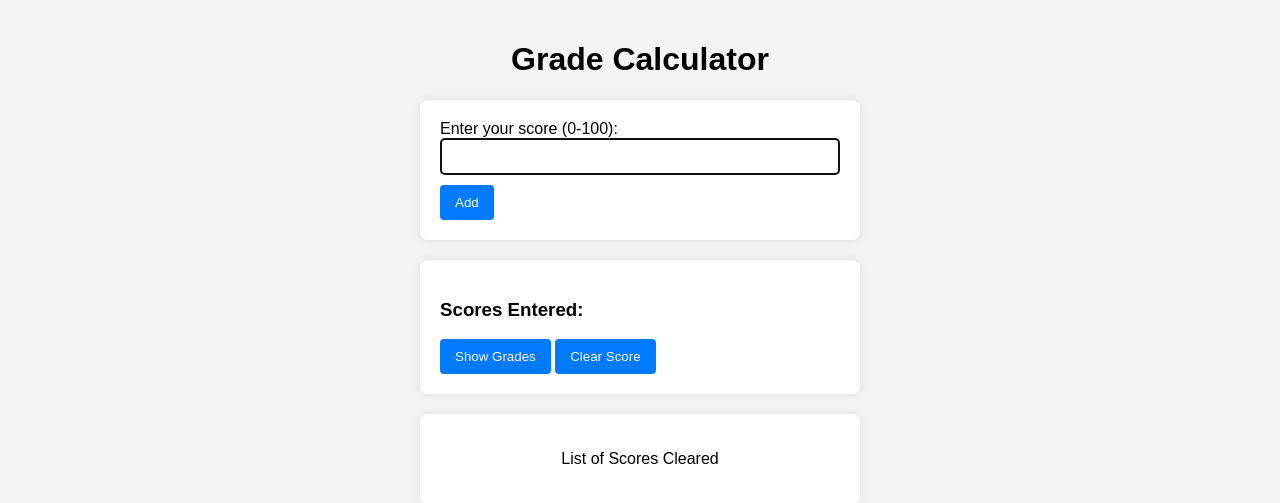
Repository: Rahim-Ullah/hexoforge-bootcamp
Page: phase-2-js-basic/grade-calculator.html
These files come from the project's save history. The page is drawn as it stood at one moment and after the next save; the edit follows.
The browser window is 1280 px wide. The pictures show the whole page.
Empty fields were first filled with sample values (such as "Sample", 5 or name@example.com).
After loading, the first visible `#clearScoreBtn` was clicked once.

Above is the page before, as saved 2025-09-06 13:52:38.

### phase-2-js-basic/grade-calculator.html
<!DOCTYPE html>
<html lang="en">

<head>
    <meta charset="UTF-8">
    <meta name="viewport" content="width=device-width, initial-scale=1.0">
    <title>Grade Calculator</title>
    <style>
        body {
            font-family: Arial, sans-serif;
            background-color: #f4f4f4;
            margin: 0;
            padding: 20px;
        }

        h1 {
            text-align: center;
        }

        form {
            max-width: 400px;
            margin: 0 auto 20px auto;
            padding: 20px;
            background: white;
            border-radius: 8px;
            box-shadow: 0 0 10px rgba(0, 0, 0, 0.1);
        }

        input[type="number"] {
            width: calc(100% - 22px);
            padding: 10px;
            margin-bottom: 10px;
            border: 1px solid #ccc;
            border-radius: 4px;
        }

        button {
            padding: 10px 15px;
            background-color: #007bff;
            color: white;
            border: none;
            border-radius: 4px;
            cursor: pointer;
        }

        button:hover {
            background-color: #0056b3;
        }

        #result {
            max-width: 400px;
            margin: 20px auto;
            padding: 20px;
            background: white;
            border-radius: 8px;
            box-shadow: 0 0 10px rgba(0, 0, 0, 0.1);
            text-align: center;
        }

        .component {
            max-width: 400px;
            margin: 20px auto;
            padding: 20px;
            background: white;
            border-radius: 8px;
            box-shadow: 0 0 10px rgba(0, 0, 0, 0.1);
        }

        input[type="number"]::-webkit-inner-spin-button,
        input[type="number"]::-webkit-outer-spin-button {
            -webkit-appearance: none;
            margin: 0;
        }

        /* MOzilla edition */
        /* input[type="number"] {
            -moz-appearance: textfield;
        } */
    </style>
</head>

<body>
    <h1>Grade Calculator</h1>
    <form id="scoreForm" onsubmit="return false;">
        <label for="score">Enter your score (0-100):</label>
        <input type="number" id="score" name="score" min="0" max="100" required>
        <button type="button" id="addScoreBtn">Add</button>
    </form>
    <div class="component">
        <h3>Scores Entered:</h3>
        <ul id="scoreList"></ul>
        <button id="showGradesBtn">Show Grades</button>
        <button id="clearScoreBtn">Clear Score</button>
    </div>
    <p id="result"></p>

    <script>
        const scores = [];
        const scoreInput = document.getElementById('score');
        const scoreList = document.getElementById('scoreList');
        const result = document.getElementById('result');
        const addScoreBtn = document.getElementById('addScoreBtn');
        const showGradesBtn = document.getElementById('showGradesBtn');
        const clearScoreBtn = document.getElementById('clearScoreBtn');

        function updateScoreList() {
            scoreList.innerHTML = '';
            scores.forEach((score, idx) => {
                const li = document.createElement('li');
                li.textContent = `Score ${idx + 1}: ${score}`;
                scoreList.appendChild(li);
            });
        }

        addScoreBtn.addEventListener('click', function () {
            const val = parseFloat(scoreInput.value);
            if (isNaN(val) || val < 0 || val > 100) {
                result.textContent = 'Please enter a valid score between 0 and 100.';
                result.style.color = 'red';
                return;
            }
            scores.push(val);
            updateScoreList();
            result.textContent = '';
            scoreInput.value = '';
            scoreInput.focus();
        });

        showGradesBtn.addEventListener('click', function () {
            if (scores.length === 0) {
                result.textContent = 'Please add at least one score.';
                result.style.color = 'red';
                return;
            }
            const avg = (scores.reduce((a, b) => a + b, 0) / scores.length).toFixed(2);
            const max = Math.max(...scores);
            const min = Math.min(...scores);

            // Determine grade and message based on average
            let grade, message, color;
            if (avg >= 90) {
                grade = 'A';
                message = 'Excellent work!';
                color = 'green';
            } else if (avg >= 80) {
                grade = 'B';
                message = 'Good job!';
                color = 'blue';
            } else if (avg >= 70) {
                grade = 'C';
                message = 'You passed.';
                color = 'orange';
            } else if (avg >= 60) {
                grade = 'D';
                message = 'You need to improve.';
                color = 'purple';
            } else {
                grade = 'F';
                message = 'You failed. Better luck next time!';
                color = 'red';
            }

            result.innerHTML = `
                <strong>Average Score:</strong> ${avg}<br>
                <strong>Highest Score:</strong> ${max}<br>
                <strong>Lowest Score:</strong> ${min}<br>
                <strong>Grade:</strong> ${grade}<br>
                <span>${message}</span>
            `;
            result.style.color = color;
        });

        //clear score button functionality
        clearScoreBtn.addEventListener('click', function () {
            scores.length = 0; // Clear the scores array
            // updateScoreList(); // Update the displayed score list
            result.innerHTML = '<p>List of Scores Cleared</p>'; // Clear the result message
            result.innerHTML = '<p>List of Scores Cleared</p>'; // Clear the result message
            scoreInput.value = ''; // Clear the input field
            scoreInput.focus(); // Focus back on the input field
        });
    </script>
</body>

</html>

After the next save:
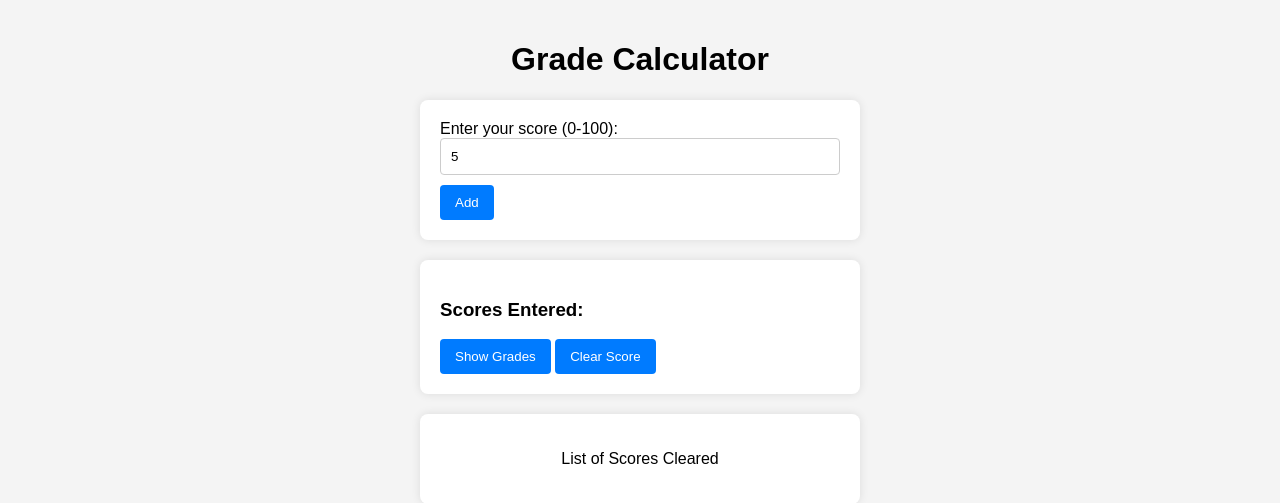
Console error: ReferenceError: acro is not defined
Saved 4 s later.
--- a/phase-2-js-basic/grade-calculator.html
+++ b/phase-2-js-basic/grade-calculator.html
@@ -175,7 +175,7 @@
             scores.length = 0; // Clear the scores array
             // updateScoreList(); // Update the displayed score list
             result.innerHTML = '<p>List of Scores Cleared</p>'; // Clear the result message
-            result.innerHTML = '<p>List of Scores Cleared</p>'; // Clear the result message
+            acro.innerHTML = '<p>List of Scores Cleared</p>'; // Clear the result message
             scoreInput.value = ''; // Clear the input field
             scoreInput.focus(); // Focus back on the input field
         });

After the 3 saves that followed:
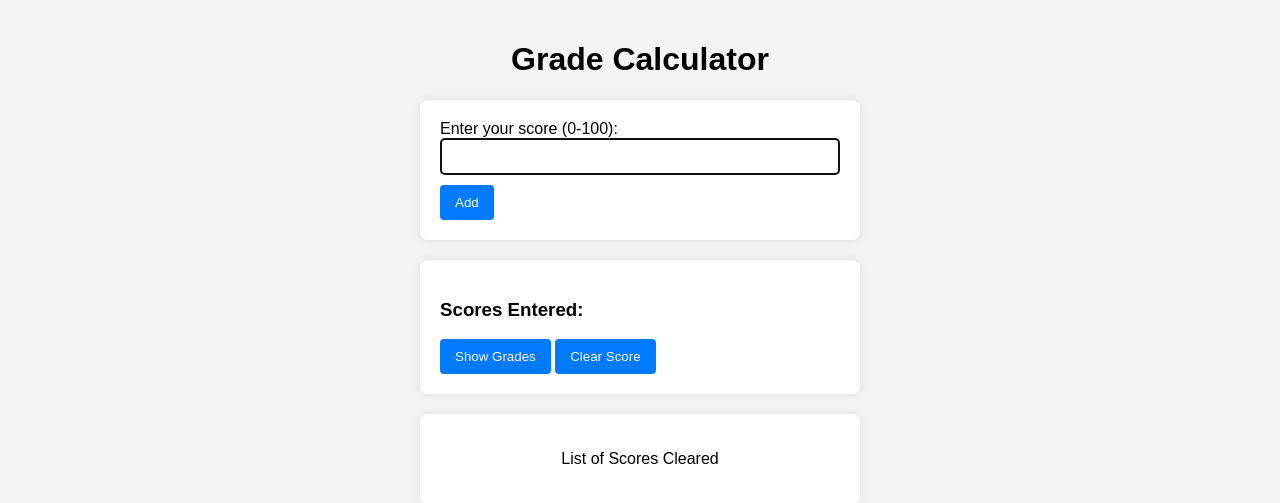
The error is gone.
The 3 saves are shown as one change because they came seconds apart.
The last was saved 8 s later.
--- a/phase-2-js-basic/grade-calculator.html
+++ b/phase-2-js-basic/grade-calculator.html
@@ -175,7 +175,7 @@
             scores.length = 0; // Clear the scores array
             // updateScoreList(); // Update the displayed score list
             result.innerHTML = '<p>List of Scores Cleared</p>'; // Clear the result message
-            acro.innerHTML = '<p>List of Scores Cleared</p>'; // Clear the result message
+            scoreList.innerHTML = ''; // Clear the score list
             scoreInput.value = ''; // Clear the input field
             scoreInput.focus(); // Focus back on the input field
         });
